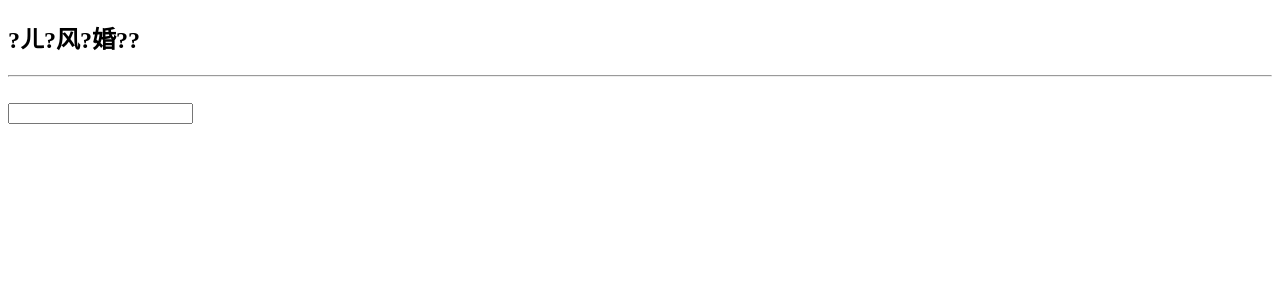
Repository: Lansefanggezi/JavaWeb
Page: http://localhost/Listener/Login.jsp
An editor plug-in stored every save of this project. The page is shown before and after the next save, followed by the edit.
The browser window is 1280 px wide. The pictures show the whole page.
The page is served by Tomcat 9. Other server files are loaded and not shown.

Above is the page before, as saved 2018-04-01 08:59:32.

### Listener/WebContent/Login.jsp
<%@ page language="java" contentType="text/html; charset=gb2312"
    pageEncoding="gb2312"%>
<!DOCTYPE html PUBLIC "-//W3C//DTD HTML 4.01 Transitional//EN" "http://www.w3.org/TR/html4/loose.dtd">
<html>
<head>
<meta http-equiv="Content-Type" content="text/html; charset=gb2312">
<title>用户登陆</title>
</head>
<body>
	<form action="loginDo" method="post">
		<h2>用户登陆</h2>
		<hr>
		<br>

		<input type="text" name="userName">
	</form>
</body>
</html>

After the next save:
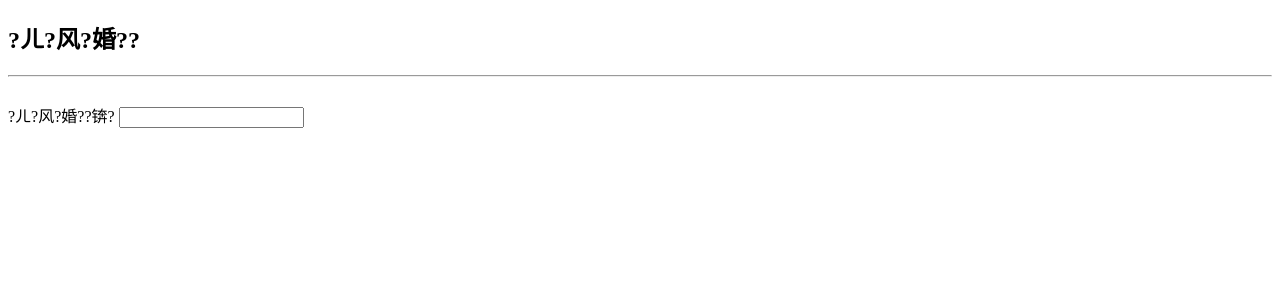
Saved 14 s later.
--- a/Listener/WebContent/Login.jsp
+++ b/Listener/WebContent/Login.jsp
@@ -11,7 +11,7 @@
 		<h2>用户登陆</h2>
 		<hr>
 		<br>
-
+		<label>用户登陆：</label>
 		<input type="text" name="userName">
 	</form>
 </body>
